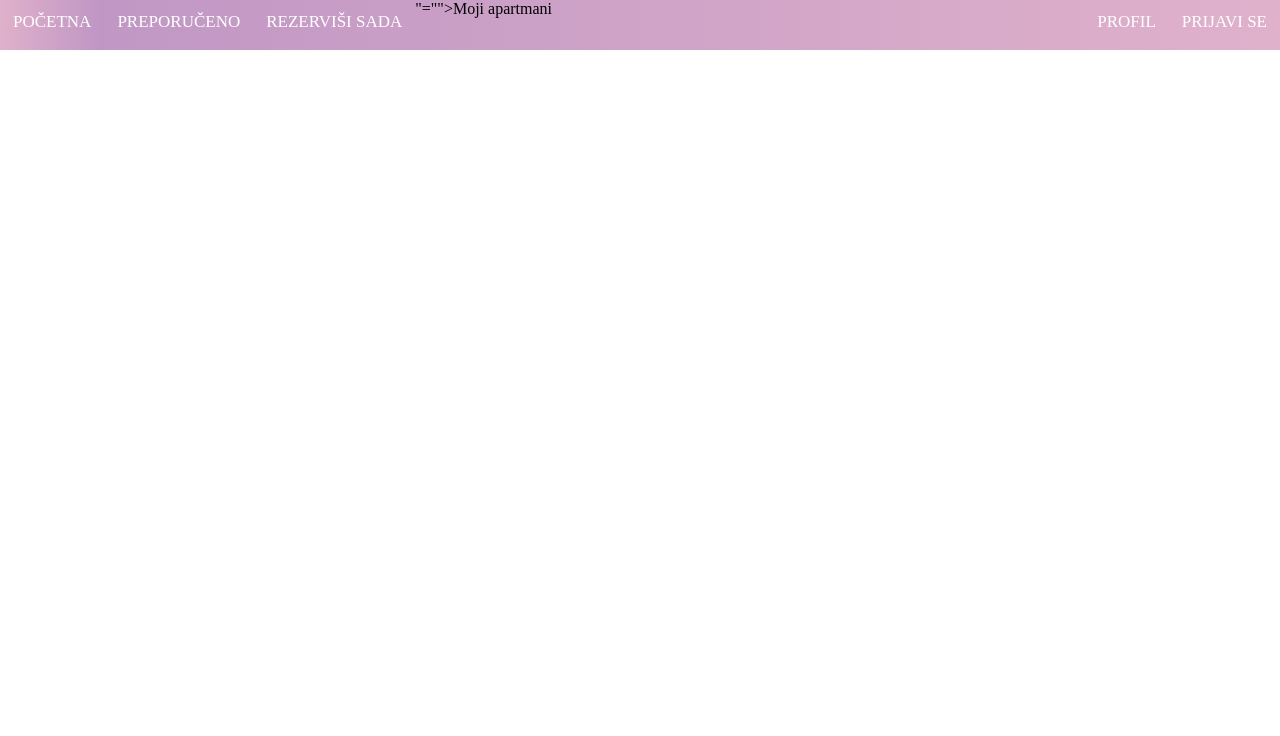
Repository: FTN-E2-materials/WEB
Page: BookingApp/static/index.html
The author's editor kept a copy of each file at every save. The page is drawn from the files as they stood at one save, then again after the next save.
The browser window is 1280 px wide. The pictures show the whole page.
The page's requests for data from a server got no answer.

Above is the page before, as saved 2020-08-15 20:36:39.

### BookingApp/static/index.html
<!DOCTYPE html>
<html>
<head>
<link href="css/startpage.css" rel="stylesheet" />
<meta http-equiv="Content-Type" content="text/html; charset=UTF-8">

</head>

	<body>

		<div id = "webApp" class = "main-window">
			<div class = "navigation-area">
		    	<ul class = "nav navbar">
		        <li class = "menu"><a href="homepage.html">Početna</a></li>
		        <li class = "menu"><a href="">Preporučeno</a></li>
		        <li class = "menu"><a href="bookpage.html">Rezerviši sada</a></li>
		        <li class = "menu" v-bind:hidden = "mode != 'admin'"><a href="reservations.html">Moje rezervacije</a></li>
		        <li class = "menu" v-bind:hidden = "mode != 'host'><a href="myapartments.html">Moji apartmani</a></li>
		        <li class = "menu" style="float:right"><a href="startpage.html">Prijavi se</a></li>
		        <li class = "menu" style="float:right"><a href="">Profil</a></li>
	            </ul>
            </div>
			<router-view></router-view>
		</div>


		<script src="scripts/vue.js"></script>
		<script src="scripts/vue-router.js"></script>
		<script src="scripts/jquery.min.js"></script>
		<script src="scripts/axios.js"></script>
		<script src="scripts/toast.js"></script>
		<script src="js/app.js"></script>
		<script src="js/login.js"></script>
	</body>
</html>

### BookingApp/static/css/startpage.css


.bg-login {
    width: 100%;
    height: 100vh;
    display: flex;
    justify-content: center;
    align-items: center;
    background: -webkit-linear-gradient(left, #BE95C4, #E0B1CB);
    font-family: 'Segoe UI', Tahoma, Geneva, Verdana, sans-serif;
}

  .main-window {
    width: 100%;
    height: 100vh;
    display: flex;
    justify-content: center;
    align-items: center;
}
.navigation-area{
  width: 100%;
  position: fixed;
  top: 0;
  height: 50px;
  border-bottom: #fff;
  background: -webkit-linear-gradient(left, #BE95C4, #E0B1CB);
}

ul {
  list-style-type : none;
  margin : 0;
  padding : 0;
  width: 100%;
  height: 100%;
  overflow : hidden;
  background: -webkit-linear-gradient(left, #BE95C4, #E0B1CB);
}

li{
  float: left;
  height: 100%;
}

li a {

  display: block;
  color: white;
  height: 100%;
  text-align: center;
  padding: 12px 13px;
  text-decoration: none;
  font-size: 17px;
  text-transform: uppercase;
}

li a:hover {
  background: -webkit-linear-gradient(left, #E0B1CB, #BE95C4);
}

input, button{
    border: none;
    outline: none;
    background: none;
}

.page-login{
    overflow: hidden;
    position: relative;
    width: 900px;
    height: 600px;
    background: #fff;
    box-shadow: 0 19px 38px rgba(0, 0, 0, 0.30), 0 15px 12px rgba(0, 0, 0, 0.22);
}

.form{
    position: relative;
    width: 640px;
    height: 100%;
    padding: 50px 30px;
    -webkit-transition:-webkit-transform 1.2s ease-in-out;
    transition: -webkit-transform 1.2s ease-in-out;
    transition: transform 1.2s ease-in-out;
    transition: transform 1.2s ease-in-out, -webkit-transform 1.2s ease-in-out;
}

.login-h1{
    width: 100%;
    font-size: 30px;
    text-align: center;
    text-transform: uppercase;
}

.login-label{
    display: block;
    width: 260px;
    margin: 25px auto 0;
    text-align: center;
}

.login-label span{
    font-size: 14px;
    font-weight: 600;
    color: #5E548E;
    text-transform: uppercase;
}

.form-part {
  width: 1000px;
  height: fit-content;;
  opacity: 0.9;
  margin-bottom: 20px;
  margin-top: 70px;
  border-radius: 10px;
  align-content: center;
  background-color: #fff;
  box-shadow: 0 19px 40px rgba(0, 0, 0, 0.30), 0 15px 12px rgba(0, 0, 0, 0.22);
}

.login-p {
  color: white;
}
.login-input {
    display: block;
    width: 100%;
    margin-top: 5px;
    text-align: center;
    font-size: 16px;
    padding-bottom: 5px;
    border-bottom: 1px solid rgba(109, 93, 93, 0.4);
    text-align: center;
    font-family: 'Segoe UI', Tahoma, Geneva, Verdana, sans-serif;
}

button{
    display: block;
    margin: 0 auto;
    width: 260px;
    height: 40px;
    border-radius: 30px;
    color: #fff;
    font-size: 15px;
    cursor: pointer;
}

.submit{
    margin-top: 40px;
    margin-bottom: 30px;
    text-transform: uppercase;
    font-weight: 600;
    font-family: 'Segoe UI', Tahoma, Geneva, Verdana, sans-serif;
    background: -webkit-linear-gradient(left, #BE95C4, #E0B1CB);
}

.submit:hover{
    background: -webkit-linear-gradient(left, #E0B1CB, #BE95C4);
}

.sub-page{
    overflow: hidden;
    position: absolute;
    left: 640px;
    top: 0;
    width: 900px;
    height: 100%;
    padding-left: 260px;
    background: #fff;
    -webkit-transition: -webkit-transform 1.2s ease-in-out;
    transition: -webkit-transform 1.2s ease-in-out;
    transition: transform 1.2s ease-in-out;
}

.page-login.s-signup .sub-page{
    -webkit-transform:translate3d(-640px, 0, 0);
        transform:translate3d(-640px, 0, 0);
}

.bground{
    overflow: hidden;
    z-index: 2;
    position: absolute;
    left: 0;
    top: 0;
    width: 260px;
    height: 100%;
    padding-top: 360px;
}

.bground:before{
    content: '';
    position: absolute;
    right: 0;
    top: 0;
    width: 900px;
    height: 100%;
    background-image: url(../images/bora-bora-sunset.jpg);
    background-size: cover;
    transition: -webkit-transform 1.2s ease-in-out;
    transition: transform 1.2s ease-in-out, -webkit-transform 1.2s ease-in-out;
  }

  .bground:after{
    content: '';
    position: absolute;
    left: 0;
    top: 0;
    width: 100%;
    height: 100%;
    background: rgba(0,0,0,0.3);
  }

.page-login.s-signup .bground:before{
    -webkit-transform:translate3d(640px, 0, 0);
            transform:translate3d(640px, 0, 0);
  }


.bground-text{
    z-index: 2;
    position: absolute;
    left: 0;
    top: 50px;
    width: 100%;
    padding: 0 20px;
    text-align: center;
    color: #fff;
    -webkit-transition:-webkit-transform 1.2s ease-in-out;
    transition: -webkit-transform 1.2s ease-in-out;
    transition: transform 1.2s ease-in-out, -webkit-transform 1.2s ease-in-out;
  }

  .bground-text h1{
    margin-bottom: 10px;
    font-weight: normal;
  }

  .bground-text p{
    font-size: 14px;
    line-height: 1.5;
  }

  .page-login.s-signup .bground-text.m-up{
    -webkit-transform:translateX(520px);
            transform:translateX(520px);
  }

  .bground-text.m-in{
    -webkit-transform:translateX(-520px);
            transform:translateX(-520px);
  }

  .page-login.s-signup .bground-text.m-in{
    -webkit-transform:translateX(0);
            transform:translateX(0);
  }


  .sign-in{
    padding-top: 65px;
    -webkit-transition-timing-function:ease-out;
            transition-timing-function:ease-out;
  }

  .bground.s-signup .sign-in{
    -webkit-transition-timing-function:ease-in-out;
            transition-timing-function:ease-in-out;
    -webkit-transition-duration:1.2s;
            transition-duration:1.2s;
    -webkit-transform:translate3d(640px, 0, 0);
            transform:translate3d(640px, 0, 0);
  }

  .bground-btn{
    overflow: hidden;
    z-index: 2;
    position: relative;
    width: 150px;
    height: 40px;
    margin: 0 auto;
    background: transparent;
    color: #fff;
    text-transform: uppercase;
    font-size: 15px;
    cursor: pointer;
    text-align: center;
  }

  .bground-btn:after{
    content: '';
    z-index: 2;
    position: absolute;
    left: 0;
    top: 0;
    width: 100%;
    height: 100%;
    border: 2px solid #fff;
    border-radius: 30px;
  }

  .bground-btn span{
    position: absolute;
    left: 0;
    top: 0;
    display: -webkit-box;
    display: flex;
    -webkit-box-pack:center;
    justify-content: center;
    align-items: center;
    width: 100%;
    height: 100%;
    -webkit-transition:-webkit-transform 1.2s;
    transition: -webkit-transform 1.2s;
    transition: transform 1.2s;
    transition: transform 1.2s, -webkit-transform 1.2s;;
  }

  .bground-btn span.m-in{
    -webkit-transform:translateY(-72px);
            transform:translateY(-72px);
  }

  .page-login.s-signup .bground-btn span.m-in{
    -webkit-transform:translateY(0);
            transform:translateY(0);
  }

  .page-login.s-signup .bground-btn span.m-up{
    -webkit-transform:translateY(72px);
            transform:translateY(72px);
  }

  .sign-up{
    -webkit-transform:translate3d(-900px, 0, 0);
            transform:translate3d(-900px, 0, 0);
  }

  .page-login.s-signup .sign-up{
    -webkit-transform:translate3d(0, 0, 0);
            transform:translate3d(0, 0, 0);
  }

### BookingApp/static/js/app.js
const login = { template : '<login></login>' }
const profile_view = { template : '<profile-view></profile-view>' }
const change_pass = { template : '<change_pass></change_pass>' }
const edit_profile = { template : '<edit_profile ></edit_profile>' }
const apartments = { template : "<apartments></apartments>" }
const apartmentDetails = {template : "<apartment-details></apartment-details>"}
const users_preview = {template : "<users_preview></users_preview>"}
const searchApartment = { template : "<search-apartment></search-apartment>" }
const my_apartments= { template : "<my_apartments></my_apartments>" }
const add_apartment= { template : "<add_apartment></add_apartment>" }
const reservations = { template : "<reservations></reservations>" }
const amenities = { template : "<amenities></amenities>"}
const edit_apartment = { template : "<edit_apartment></edit_apartment>"}
const homepage = { template : "<homepage></homepage>" }
const add_nonWorkingDays={template:"<add_nonWorkingDays></add_nonWorkingDays>"}
const forbidden = { template: "<forbidden></forbidden>" }
const registerHost = { template: "<registerHost></registerHost>" }

const router = new VueRouter({
    mode : 'hash',
    base : '/apartments',
    routes : [
		{ path : "/apartments", component: apartments },
		{ path : '/login', component: login },
		{ path : '/profile-view', component: profile_view },
		{ path : '/change_pass', component: change_pass },
		{ path : '/edit_profile', component: edit_profile },
		{ path : "/details", component: apartmentDetails },
		{ path : "/users_preview", component: users_preview },
		{ path : "/search", component: searchApartment },
		{ path : "/my_apartments", component: my_apartments },
		{ path : "/add_apartment", component: add_apartment },
		{ path : "/reservations", component: reservations },
		{ path : "/amenities", component: amenities },
		{ path : "/edit_apartment", component: edit_apartment },
		{ path : "/add_nonWorkingDays", component: add_nonWorkingDays },
		{ path : "/forbidden", component: forbidden },
		{ path : "/registerHost", component: registerHost }
    ]
});

var app = new Vue({
    router: router,
    el: '#webApp',
    data: {
    	mode : 'plsWork',
    	user : {
    		username : "xxxxxxxxxxxxx"
    	}
    },
    mounted() {
    	axios
	    	.get('/user/seeIfLogged')
	    	.then(response => {
	    		if (response.data == null) {
	    			this.mode = 'notLogged';
	    		} else
	    		{
	    			if (response.data.role == "Guest") {
	    				this.mode = 'guest';
	    			} else if (response.data.role == "Host") {
		    			this.mode = 'host';
		    		} else if (response.data.role == "Administrator") {
		    			this.mode = 'admin';
		    		} else {
		    			this.mode = 'notLogged';
		    		}
	    			this.user = response.data;
	    		}
	    	})

	    	window.location.href = "#/apartments";
    },
    methods : {
    	logOut : function() {
    		axios
    			.get('/user/logout')
    			.then(response => {
    				this.mode = 'notLogged';
    				console.log(this.mode);
    				window.location.href = "#/login";
    			})

    	},
    	viewProfile : function() {

            window.location.href = "http://localhost:8088/#/profile-view?id=" + this.user.username;
    	},
    	getReservations : function() {
    		window.location.href = "http://localhost:8088/#/reservations?id=" + this.user.username;

    	},
    	canSeePreview : function() {
    		console.log(this.mode);
    		if (this.mode == 'host') {
    			return false;
    		} else if (this.mode == 'admin') {
    			return false;
    		} else {
    			return true;
    		}
    	}
    }
});

### BookingApp/static/js/login.js
 Vue.component("login", {

	data: function () {
		    return {
		    	logged : null,
		    	error:'',
		    	usernameLog: '',
		    	usernameRegister: '',
		    	passwordRegister: '',
		    	nameRegister: '',
				surnameRegister: '',
				genderRegister:'',
		    	passwordRepeat: '',
			    passwordLog:'',
				errorMessage:'',
				registrationError: '',
				roleRegister : ""
		    }
	},

    template: `
<div class = "bg-login">
<div class = "page-login">
    <div class = "form sign-in">
        <h2 class = "login-h1">Prijava</h2>
        <label class = "login-label">
            <span> Korisničko ime </span>
			<input class = "login-input" type="text" name = "username" v-on:change="signalChange" v-model="usernameLog">
        </label>
        <label class = "login-label">
            <span> Lozinka </span>
			<input class = "login-input" type="password" name="password" v-model="passwordLog" v-on:change="signalChange">
			<p style="color:red">{{errorMessage}}</p>
			<button class="submit-login" v-on:click="tryToLogin"> Prijavi se </button>
        </label>

    </div>


<div class="sub-page">
    <div class = "bground">
        <div class = "bground-text m-up">
            <h1 class = "login-h1">Nemate <br> nalog?</h1>
            <p class = "login-p">Registrujte se i <br> rezervišite sebi apartman!</p>
        </div>

        <div class="bground-text m-in">
            <h1 class = "login-h1" >Već imate nalog?</h1>
            <p class = "login-p">Ako već imate nalog, prijavite se i rezervišite sebi apartman!</p>
        </div>
        <div class="bground-btn"  v-on:click="slideToOther">
            <span class="m-up">Registrujte se</span>
            <span class="m-in">Prijavite se</span>
        </div>
</div>

<div class="form sign-up">
    <h1>Registracija</h1>
    <label class = "login-label">
        <span >Ime</span>
        <input class = "login-input" type="text" v-model="nameRegister"  name="name">
    </label>
    <label class = "login-label">
        <span>Prezime</span>
        <input class = "login-input" type="text" name="surname" v-model="surnameRegister">
    </label>
    <label class = "login-label" >
        <span>Korisničko ime</span>
        <input class = "login-input" type="text" name="username" v-model="usernameRegister">
    </label>
    <label class = "login-label">
        <span>Lozinka</span>
        <input class = "login-input" type="password" name="password" v-model="passwordRegister">
    </label>
    <label class = "login-label">
        <span>Ponovite lozinku</span>
        <input type="password" class = "login-input"  name="passwordRepeat" v-model="passwordRepeat">
	</label>
	<label class = "login-label">
	<span>Pol</span>

	<tr class="radio_button">
	<td>
	<input type="radio" id="male" name="gender" value="Musko" v-model="genderRegister" style="width:70px;">
	<span for="male" style="width:70px;">Muško</span>
	</td>
	<td>
	<input type="radio" id="female" name="gender" value="Zensko" v-model="genderRegister"  style="width:70px;">
	<span for="female"  style="width:70px;">Žensko</span>
	</td>
	<td>
	<input type="radio" id="other" name="gender" value="Ostalo" v-model="genderRegister"  style="width:70px;">
	<span for="other"  style="width:70px;">Ostalo</span>
	</td>
	</tr>
	</label>

	<label class = "login-label">
	<span>Uloga</span>

	<tr class="radio_button">
	<td>
	<input type="radio" id="guest" name="role" value="Guest" v-model="roleRegister" style="width:70px;">
	<span for="male" style="width:70px;">Gost</span>
	</td>
	<td>
	<input type="radio" id="host" name="role" value="Host" v-model="roleRegister"  style="width:70px;">
	<span for="female"  style="width:70px;">Domaćin</span>
	</td>
	</tr>
	</label>

	<p style="color:red">{{registrationError}}</p>
    <button type="button" class="submit-reg" v-on:click="registerUser">Registrujte se</button>
</div>

</div>
</div>
</div>
    `,

	mounted () {
       axios
        .get('/test')
        .then(response => {
        	if(response.data == null)
        		this.logged = false;
        	else
        		this.logged = true;
        })

    },
    methods : {
    	slideToOther : function() {
    		document.querySelector('.page-login').classList.toggle('s-signup');
    	},

    	tryToLogin : function() {

			if(this.usernameLog=='' || this.passwordLog=='')
			{
				this.errorMessage="Morate popuniti sva polja.";
			}
			else
			{

				let loginParameters = {
    				username : this.usernameLog,
    				password : this.passwordLog
    		};

    		axios
    			.post('/user/login', JSON.stringify(loginParameters))
    			.then(response => {
    				if (response.data == "") {
						this.errorMessage="Neispravno korisničko ime ili lozinka.";
					}
					else if (response.data == "Korisnik je blokiran") {
						this.errorMessage="Blokirani ste i ne možete da se prijavite.";
					}

					else {
    					window.location.href = "http://localhost:8088/";
    				}
				})
			}



    	},
    	registerUser : function() {
			let flag=true;

			if(this.nameRegister=="" || this.roleRegister == "" ||this.surnameRegister=="" ||this.usernameRegister=="" ||this.passwordRegister=="" || this.genderRegister=="")
			{
				registrationError="Morate popuniti sva polja u formi.";
				flag=false;
			}
			else if(this.passwordRegister!=this.passwordRepeat)
			{
				registrationError="Lozinke se ne slažu.";
				flag=false;
			}
			if(flag)
			{
				let genderReg;
				if (this.genderRegister == 'Musko') {
					genderReg = 'Male';
				} else if(this.genderRegister == 'Zensko'){
					genderReg = 'Female';
				} else {
					genderReg = 'Other';
				}
				let registrationParameters = {
    				name : this.nameRegister,
    				surname : this.surnameRegister,
    				username : this.usernameRegister,
    				password : this.passwordRegister,
    				role : this.roleRegister,
    				gender : genderReg
    		};

    		axios
    			.post('/user/register', JSON.stringify(registrationParameters))
    			.then(response => {
    				if (response.data == null) {
    					window.location.href = "#/login";
    				} else {
    					window.location.href = "http://localhost:8088/";
    				}
    			})
			}

		},

		signalChange : function()
		{
			this.errorMessage="";
		}
    }
});

Loaded but not shown: BookingApp/static/scripts/vue.js (library); BookingApp/static/scripts/jquery.min.js (library); BookingApp/static/scripts/toast.js (common file); BookingApp/static/scripts/vue-router.js (2922 lines, source omitted); BookingApp/static/scripts/axios.js (1660 lines, source omitted)

After the next save:
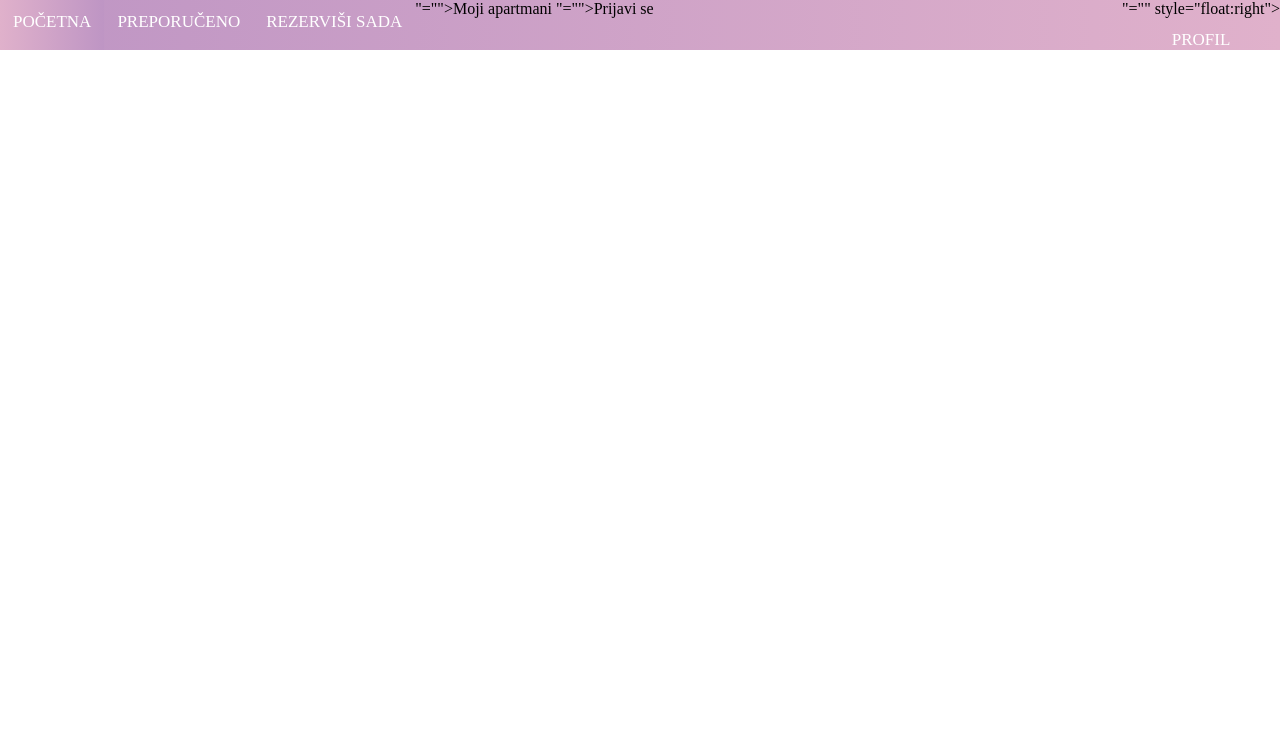
Saved 75 s later.
--- a/BookingApp/static/index.html
+++ b/BookingApp/static/index.html
@@ -16,7 +16,8 @@
 		        <li class = "menu"><a href="bookpage.html">Rezerviši sada</a></li>
 		        <li class = "menu" v-bind:hidden = "mode != 'admin'"><a href="reservations.html">Moje rezervacije</a></li>
 		        <li class = "menu" v-bind:hidden = "mode != 'host'><a href="myapartments.html">Moji apartmani</a></li>
-		        <li class = "menu" style="float:right"><a href="startpage.html">Prijavi se</a></li>
+		        <li class = "menu" style="float:right" v-bind:hidden = "mode != 'notLogged'><a href="startpage.html">Prijavi se</a></li>
+		        <li class = "menu" style="float:right"><a href="startpage.html" v-bind:hidden = "mode != 'admin'>Prijavi se</a></li>
 		        <li class = "menu" style="float:right"><a href="">Profil</a></li>
 	            </ul>
             </div>
